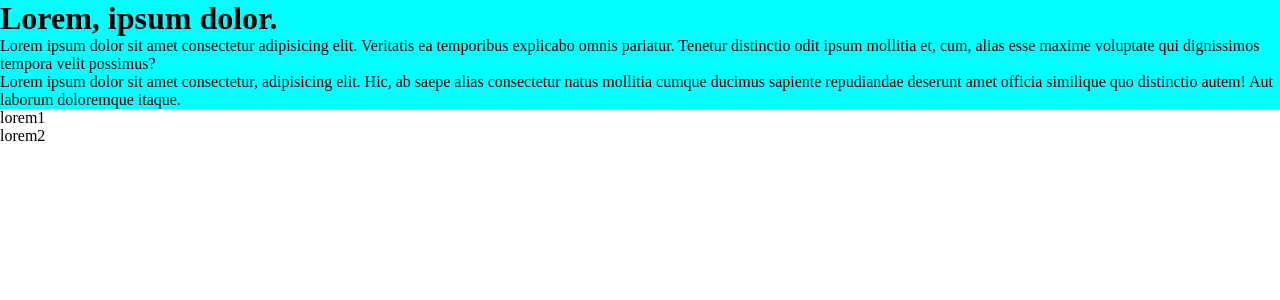
Repository: AytacSafarova/Scss-sample
Page: pages/homePage/index.html
An editor plug-in stored every save of this project. The page is shown before and after the next save, followed by the edit.
The browser window is 1280 px wide. The pictures show the whole page.
The style sheet was rebuilt from its Sass, Less or Tailwind sources for each picture, by a compiler version that may differ from the author's.

Above is the page before, as saved 2023-11-09 14:15:57.

After the next save:
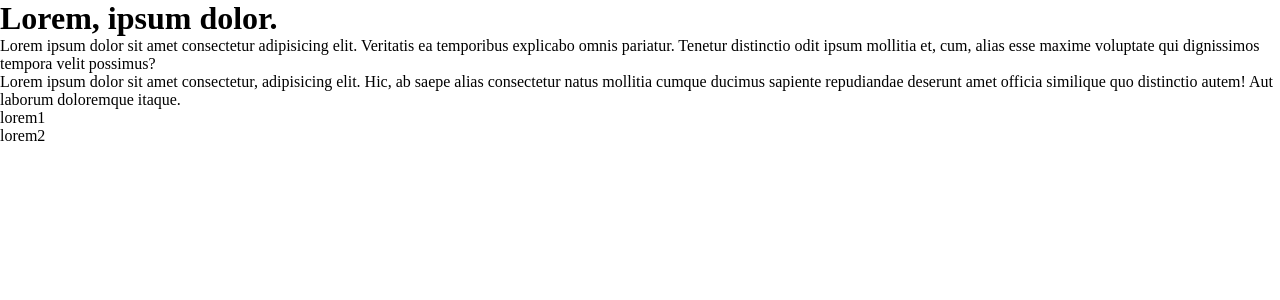
Saved 5 s later.
--- a/pages/homePage/index.html
+++ b/pages/homePage/index.html
@@ -5,7 +5,6 @@
     <meta name="viewport" content="width=device-width, initial-scale=1.0" />
     <title>Document</title>
     <link rel="stylesheet" href="../../assets/css/reset.css" />
-    <link rel="stylesheet" href="./index.css" />
   </head>
   <body>
     <div class="container">

After the 3 saves that followed:
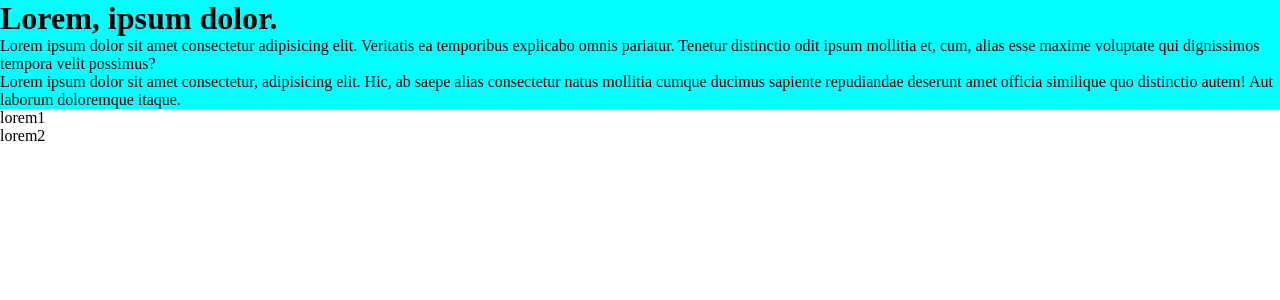
The 3 saves are shown as one change because 1 left the picture as it was and some came seconds apart.
The last was saved 58 s later.
--- a/pages/homePage/index.html
+++ b/pages/homePage/index.html
@@ -5,6 +5,7 @@
     <meta name="viewport" content="width=device-width, initial-scale=1.0" />
     <title>Document</title>
     <link rel="stylesheet" href="../../assets/css/reset.css" />
+    <link rel="stylesheet" href="./index.css">
   </head>
   <body>
     <div class="container">
